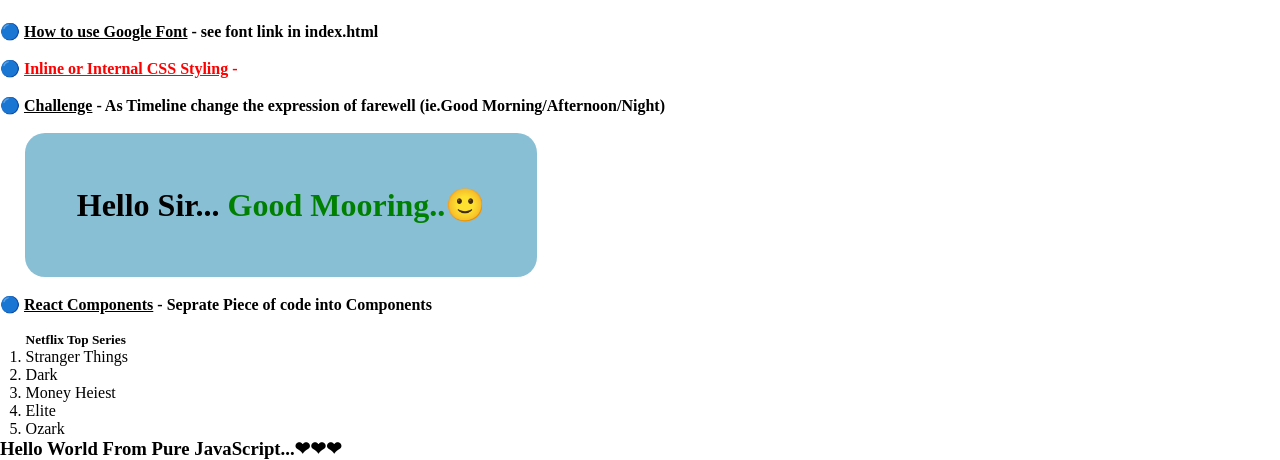
Repository: AalokJadhav/Being_ReactJS
Page: /
The author's editor kept a copy of each file at every save. The page is drawn from the files as they stood at one save, then again after the next save.
The browser window is 1280 px wide. The pictures show the part of the page from y = 620 to 1080 px (the page is 1080 px tall).
The project was rebuilt for these pictures with package versions that can differ from the ones it lists, and the page was loaded fresh each time.

Above is the page before, as saved 2021-10-15 17:41:19.

### public/index.html
<!DOCTYPE html>
<html lang="en">

<head>
  <meta charset="utf-8" />
  <link rel="icon" href="%PUBLIC_URL%/favicon.ico" />
  <meta name="viewport" content="width=device-width, initial-scale=1" />
  <meta name="theme-color" content="#000000" />
  <meta name="description" content="Web site created using create-react-app" />
  <link rel="apple-touch-icon" href="%PUBLIC_URL%/logo192.png" />
  <!--
      manifest.json provides metadata used when your web app is installed on a
      user's mobile device or desktop. See https://developers.google.com/web/fundamentals/web-app-manifest/
    -->
  <link rel="manifest" href="%PUBLIC_URL%/manifest.json" />
  <link rel="preconnect" href="https://fonts.googleapis.com">
  <link rel="preconnect" href="https://fonts.gstatic.com" crossorigin>
  <link href="https://fonts.googleapis.com/css2?family=Josefin+Slab:ital,wght@1,200&display=swap" rel="stylesheet">
  <!--
      Notice the use of %PUBLIC_URL% in the tags above.
      It will be replaced with the URL of the `public` folder during the build.
      Only files inside the `public` folder can be referenced from the HTML.

      Unlike "/favicon.ico" or "favicon.ico", "%PUBLIC_URL%/favicon.ico" will
      work correctly both with client-side routing and a non-root public URL.
      Learn how to configure a non-root public URL by running `npm run build`.
    -->
  <title>React App</title>
</head>

<body>
  <noscript>You need to enable JavaScript to run this app.</noscript>
  <div id="root"></div>
  <!--
      This HTML file is a template.
      If you open it directly in the browser, you will see an empty page.

      You can add webfonts, meta tags, or analytics to this file.
      The build step will place the bundled scripts into the <body> tag.

      To begin the development, run `npm start` or `yarn start`.
      To create a production bundle, use `npm run build` or `yarn build`.
    -->
</body>

</html>

### src/index.js
// var React = require ('react');
// var ReactDom = require ('react-dom');

import React from 'react';
import ReactDom from 'react-dom';
import './index.css';
import App from './App';

const fullDate = new Date();
const date = fullDate.toLocaleDateString();
const time = fullDate.toLocaleTimeString();

const CurrDate = new Date(2021, 14, 10, 9);
const hour = CurrDate.getHours();
let greeting = '';

const cssStyle = {}

if (hour >= 1 && hour < 12) {
  greeting = 'Good Mooring..🙂';
  cssStyle.color = 'green';
} else if (hour >= 12 && hour < 19) {
  greeting = 'Good Afternoon..🙄';
  cssStyle.color = 'orange';
} else {
  greeting = 'Good Night..😴';
}
const RandomImgUrl = 'https://picsum.photos/2000';
const RandomImgUrl1 = 'https://picsum.photos/900';
const RandomImgUrl2 = 'https://picsum.photos/800';
ReactDom.render(

  //Fragments in ReactJS - Use <> </>  or <React.Fragment></React.Fragment>
  <>

    <h1 className="heading">Being React</h1><br />
    <h3>Hello  World From ReactJS...✋</h3><br />

    <h4>🔵 <u>Display Current date and time in JSX</u> -</h4><br />
    <div className="content">
      <p>Current Date is {`${date}`} </p>
      <p>Current Time is {`${time} `} </p>
    </div>
    <br />

    <h4>🔵 <u>JSX Attributes for random image</u> -</h4><br />
    <div className="img_div">
      <img src={RandomImgUrl} alt='random image1' />
      <img src={RandomImgUrl1} alt='random image2' />
      <img src={RandomImgUrl2} alt='random image3' />
    </div>
    <br />

    <h4>🔵 <u>How to use Google Font</u> -  see font link in index.html </h4>
    <div className="content">

    </div>
    <br />

    <h4 style={{ color: 'red', fontFamily: 'serif' }}>🔵 <u>Inline or Internal CSS Styling</u> -</h4>
    <div className="content">

    </div>
    <br />

    <h4>🔵 <u>Challenge</u> - As Timeline change the expression of farewell (ie.Good Morning/Afternoon/Night)</h4><br />
    <div className="challenge1">
      <h1>Hello Sir...<span style={cssStyle}> {greeting}</span></h1>
    </div>
    <br />

    <h4>🔵 <u>React Components</u> - Seprate Piece of code into Components</h4><br />
    <App />
  </>,
  document.getElementById('root'));
<br />


// In Pure JavaScript
var h3 = document.createElement('h3');
h3.innerHTML = 'Hello  World From Pure JavaScript...❤❤❤';
document.getElementById('root').appendChild(h3);

### src/index.css
/* body {
  margin: 0;
  font-family: -apple-system, BlinkMacSystemFont, 'Segoe UI', 'Roboto', 'Oxygen',
    'Ubuntu', 'Cantarell', 'Fira Sans', 'Droid Sans', 'Helvetica Neue',
    sans-serif;
  -webkit-font-smoothing: antialiased;
  -moz-osx-font-smoothing: grayscale;
}

code {
  font-family: source-code-pro, Menlo, Monaco, Consolas, 'Courier New',
    monospace;
} */


*{margin: 0; padding: 0; box-sizing: border-box;};

.heading {
  color: #fa9191;
  text-align: center;
  text-transform: capitalize;
  font-weight: bold;
  padding-left: 2%;
  font-family: 'Josefin Slab', serif;
}

.img_div img{
  width: 33%;
  height: 5%;
  margin: auto;
  padding-left: 2%;
}

.content {
  padding-left: 2%;
}

.challenge1 {
  background-color: rgb(137, 191, 212);
  width: 40%;
  height: 20vh;
  display: flex;
  justify-content: center;
  align-items: center;
  margin-top: -0px;
  margin-left: 25px;
  border-radius: 20px;
}

### src/App.js
import React from "react";
import Heading from "./Heading";
import List from "./List";

function App() {

    return (
        <>
        <Heading />
        <List/>
    </>
    );
}

export default App;

### src/Heading.jsx
import React from "react";

function  Heading() {
    return (
        <div className="content">
    <h5 style={{fontFamily: 'serif'}}>Netflix Top Series</h5>
    </div>
    )
}

export default Heading;

### src/List.jsx
import React from "react";

function List() {

    return (
        <div className="content">
             <ol>
    <li>Stranger Things</li>
    <li>Dark</li>
    <li>Money Heiest</li>
    <li>Elite</li>
    <li>Ozark</li>
  </ol>
        </div>
    )
}

export default List;

After the next save:
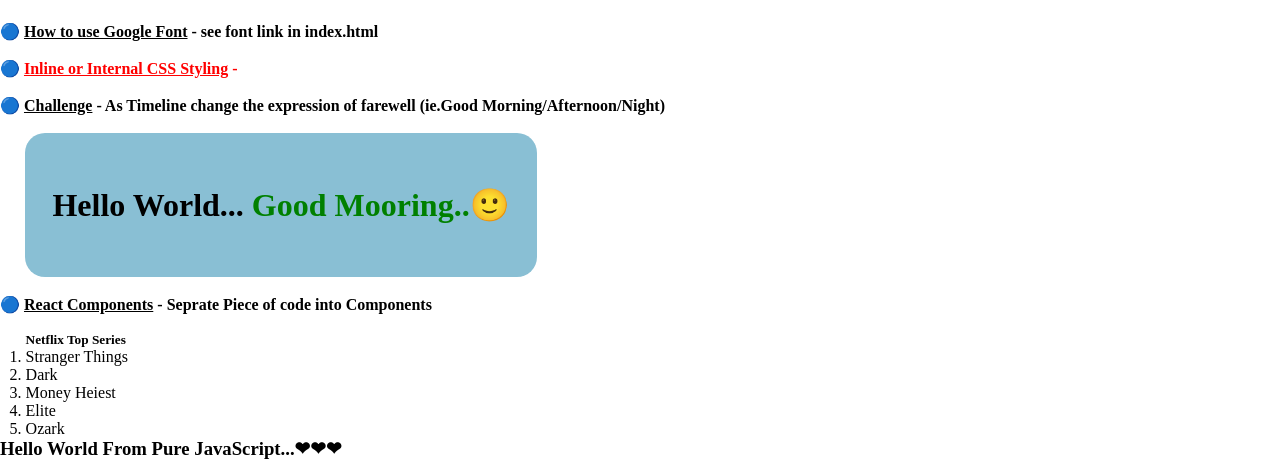
Saved 45 s later.
--- a/src/index.js
+++ b/src/index.js
@@ -65,7 +65,7 @@ ReactDom.render(
 
     <h4>🔵 <u>Challenge</u> - As Timeline change the expression of farewell (ie.Good Morning/Afternoon/Night)</h4><br />
     <div className="challenge1">
-      <h1>Hello Sir...<span style={cssStyle}> {greeting}</span></h1>
+      <h1>Hello World...<span style={cssStyle}> {greeting}</span></h1>
     </div>
     <br />
 
